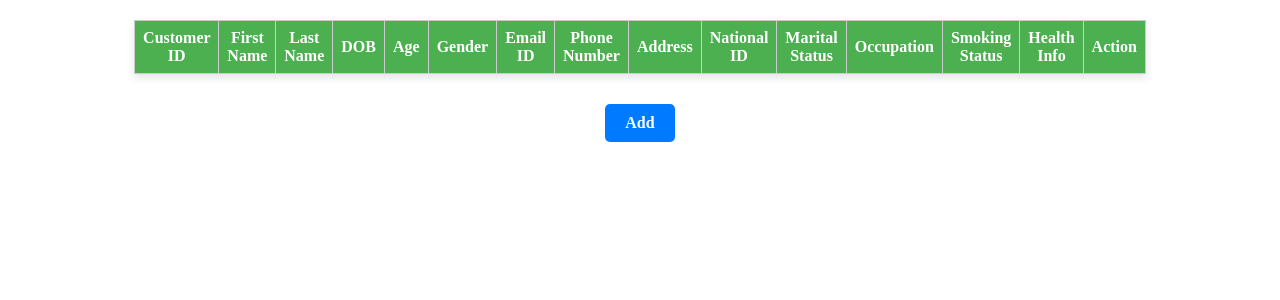
Repository: sowmini-nats/git-spring-project
Page: http://localhost/InsuranceAutomationSystem/CustomerView.jsp
The author's editor kept a copy of each file at every save. The page is drawn from the files as they stood at one save, then again after the next save.
The browser window is 1280 px wide. The pictures show the whole page.
The page is served by Tomcat 10. Other server files are loaded and not shown. The template is opened directly, without the code that normally fills it, so the values that code supplies are empty.

Above is the page before, as saved 2023-10-30 13:06:44.

### eclipse-workspace-jspassessment/InsuranceAutomationSystem/src/main/webapp/CustomerView.jsp
<%@ page language="java" contentType="text/html; charset=UTF-8" pageEncoding="UTF-8"%>
<%@ page  import="com.example.demo.model.User,java.util.List"%>
<%@taglib prefix="c" uri="http://java.sun.com/jsp/jstl/core"%>
<!DOCTYPE html>
<html>
<head>
    <meta charset="UTF-8">
    <title>Customer View</title>

</head>
<style>
table {
        border-collapse: collapse;
        width: 80%;
        margin: 20px auto;
        box-shadow: 0 4px 8px rgba(0,0,0,0.1); /* Add shadow */
        border: 1px solid #ccc; /* Add border */
    }
    th, td {
        border: 1px solid #ccc;
        padding: 8px;
        text-align: center;
        transition: background-color 0.3s; /* Add transition */
    }

    tr:nth-child(even) {
        background-color: #f2f2f2;
    }

    th {
        background-color: #4CAF50;
        color: white;
    }

    th:hover, td:hover {
        background-color: #f9f9f9; /* Change color on hover */
    }
        .animated-table {
            width: 100%;
            border-collapse: collapse;
            animation: fadeIn 1s;
        }

        .animated-table th, .animated-table td {
            border: 1px solid #dddddd;
            text-align: center;
            padding: 8px;
        }

        .animated-table th {
            background-color: #f2f2f2;
        }

        @keyframes fadeIn {
            from {
                opacity: 0;
            }
            to {
                opacity: 1;
            }
        }
         a {
        display: inline-block;
        margin: 10px;
        padding: 10px 20px;
        background-color: #007bff;
        color: #fff;
        text-decoration: none;
        border: none;
        border-radius: 5px;
        font-weight: bold;
        text-align: center;
        text-decoretion:none;
    }

    a:hover {
        background-color: #0056b3;
    }
    </style>
<body>
<center>
    <table >
        <thead>
            <tr>
                <th>Customer ID</th>
                <th>First Name</th>
                <th>Last Name</th>
                <th>DOB</th>
                <th>Age</th>
                <th>Gender</th>
                <th>Email ID</th>
               	<th>Phone Number</th>
               	<th>Address</th>
               	<th>National ID</th>
               	<th>Marital Status</th>
               	<th>Occupation</th>
               	<th>Smoking Status</th>
                <th>Health Info</th>
                <th>Action</th>
            </tr>
        </thead>
        <tbody>
<c:forEach items="${customerAgentList}" var="item">
<tr>
		<td><c:out value="${item.custId}"/></td>
		<td><c:out value="${item.custFirstName}"/></td>
		<td><c:out value="${item.custLastName}"/></td>
		<td><c:out value="${item.custDob}"/></td>
		<td><c:out value="${item.custAge}"/></td>
		<td><c:out value="${item.custGender}"/></td>
		<td><c:out value="${item.custEmailId}"/></td>
		<td><c:out value="${item.custPhoneNumber}"/></td>
		<td><c:out value="${item.custAddress}"/></td>
		<td><c:out value="${item.custNationalId}"/></td>
		<td><c:out value="${item.custMaritalStatus}"/></td>
		<td><c:out value="${item.custOccupation}"/></td>
		<td><c:out value="${item.custSmokingStatus}"/></td>
		<td><c:out value="${item.custHealthInfo}"/></td>
		<td><a href="/policy/add-policy/${item.custId}">Add Policy</a></td>
</tr>
</c:forEach>
</tbody>
</table>
<a href="/customer/add-customer">Add</a>
</center>
</body>
</html>

After the next save:
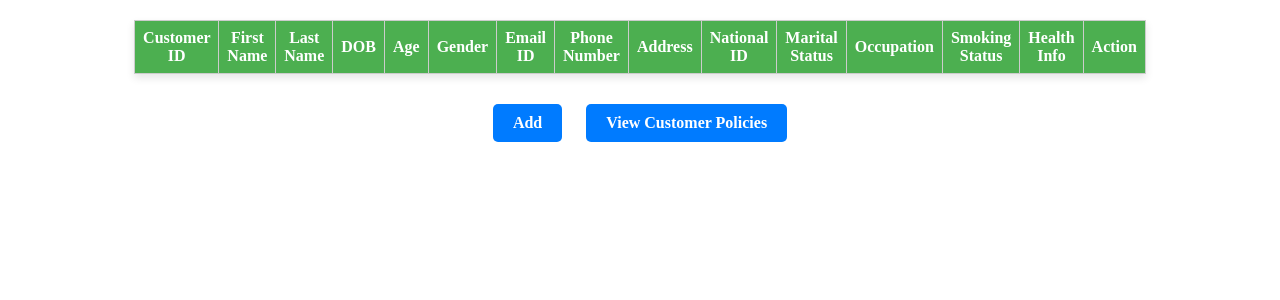
Saved 12 s later.
--- a/eclipse-workspace-jspassessment/InsuranceAutomationSystem/src/main/webapp/CustomerView.jsp
+++ b/eclipse-workspace-jspassessment/InsuranceAutomationSystem/src/main/webapp/CustomerView.jsp
@@ -122,6 +122,7 @@ table {
 </tbody>
 </table>
 <a href="/customer/add-customer">Add</a>
+<a href="/policy/policy-details" class="button">View Customer Policies</a>
 </center>
 </body>
 </html>
